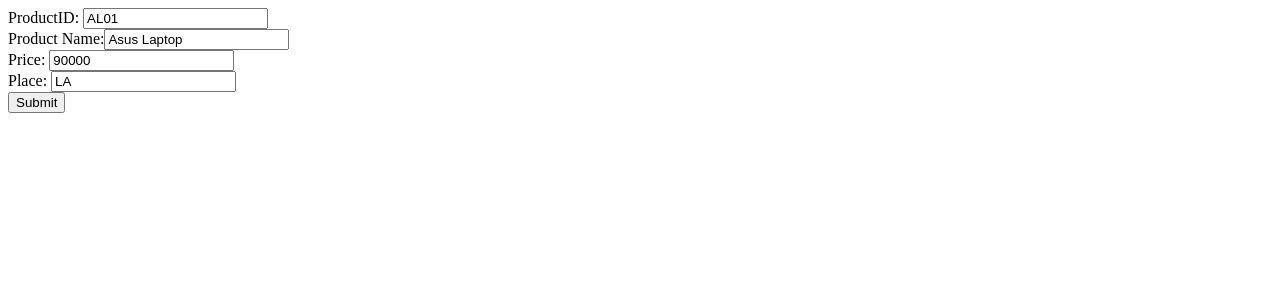
Repository: chofong1999/workspace202607
Page: mvweb0716/src/main/webapp/product.html
An editor plug-in stored every save of this project. The page is shown before and after the next save, followed by the edit.
The browser window is 1280 px wide. The pictures show the whole page.

Above is the page before, as saved 2026-07-16 02:48:11.

After the next save:
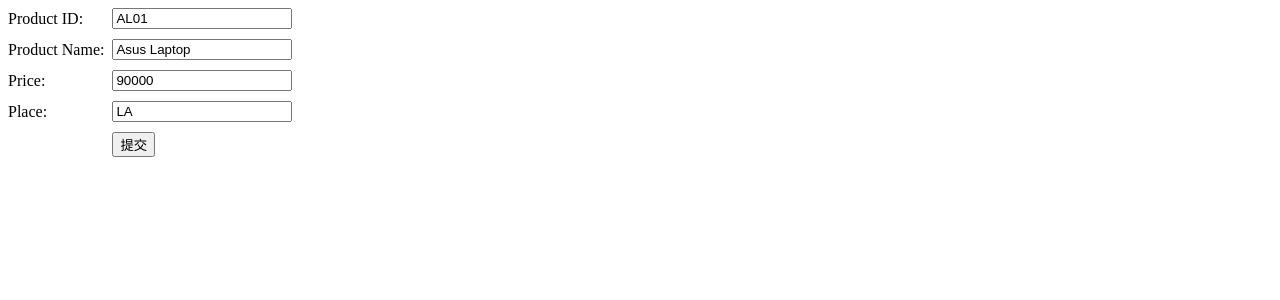
Saved 2 min 49 s later.
--- a/mvweb0716/src/main/webapp/product.html
+++ b/mvweb0716/src/main/webapp/product.html
@@ -2,17 +2,63 @@
 <html>
 <head>
 <meta charset="UTF-8">
-<title>Insert title here</title>
+<title>Product Form</title>
+
+<style>
+.product-form {
+    display: grid;
+
+    /* 第一欄自動配合最長標題，第二欄是輸入框 */
+    grid-template-columns: max-content 180px;
+
+    gap: 10px 8px;
+    align-items: center;
+    width: max-content;
+}
+
+.product-form input {
+    width: 100%;
+    box-sizing: border-box;
+}
+
+.product-form button {
+    grid-column: 2;
+    justify-self: start;
+}
+</style>
 </head>
+
 <body>
-<form action="product.jsp" method="post">
-<div>ProductID:   <input type="text" name="product_id" value="AL01"></div>
-<div>Product Name:<input type="text" name="product_name" value="Asus Laptop"></div>
-<div>Price:       <input type="text" name="price" value="90000"></div>
-<div>Place:       <input type="text" name="place" value="LA"></div>
-<input type="submit">
+
+<form action="product.jsp" method="post" class="product-form">
+
+    <label for="productId">Product ID:</label>
+    <input type="text"
+           id="productId"
+           name="product_id"
+           value="AL01">
+
+    <label for="productName">Product Name:</label>
+    <input type="text"
+           id="productName"
+           name="product_name"
+           value="Asus Laptop">
+
+    <label for="price">Price:</label>
+    <input type="text"
+           id="price"
+           name="price"
+           value="90000">
+
+    <label for="place">Place:</label>
+    <input type="text"
+           id="place"
+           name="place"
+           value="LA">
+
+    <button type="submit">提交</button>
+
 </form>
-
 
 </body>
 </html>
